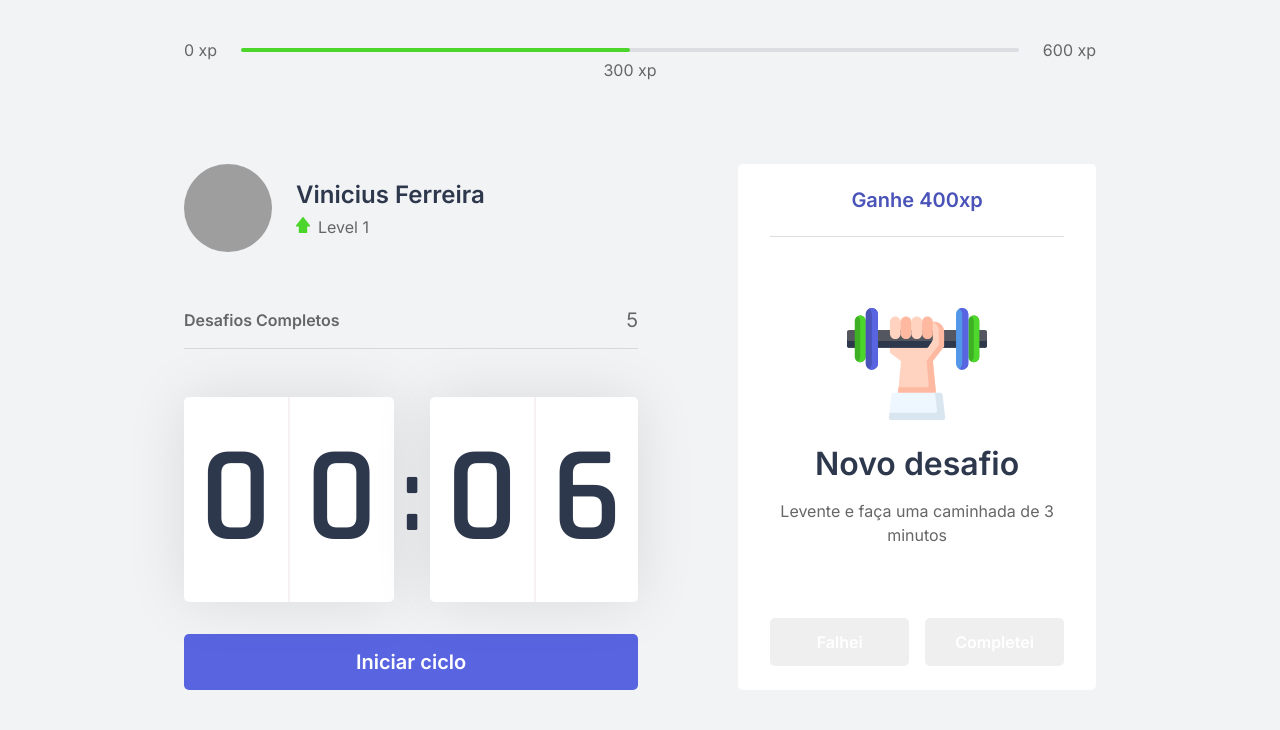
Repository: viniciusfg05/nlwFocus
Page: /
The author's editor kept a copy of each file at every save. The page is drawn from the files as they stood at one save, then again after the next save.
The browser window is 1280 px wide. The pictures show the whole page.
Pictures or frames that could not be fetched are drawn as grey boxes. The project was rebuilt for these pictures with package versions that can differ from the ones it lists, and the page was loaded fresh each time. The framework's server and built-in components were replaced by stand-ins that run in the browser.

Above is the page before, as saved 2022-02-28 14:06:16.

After the next save:
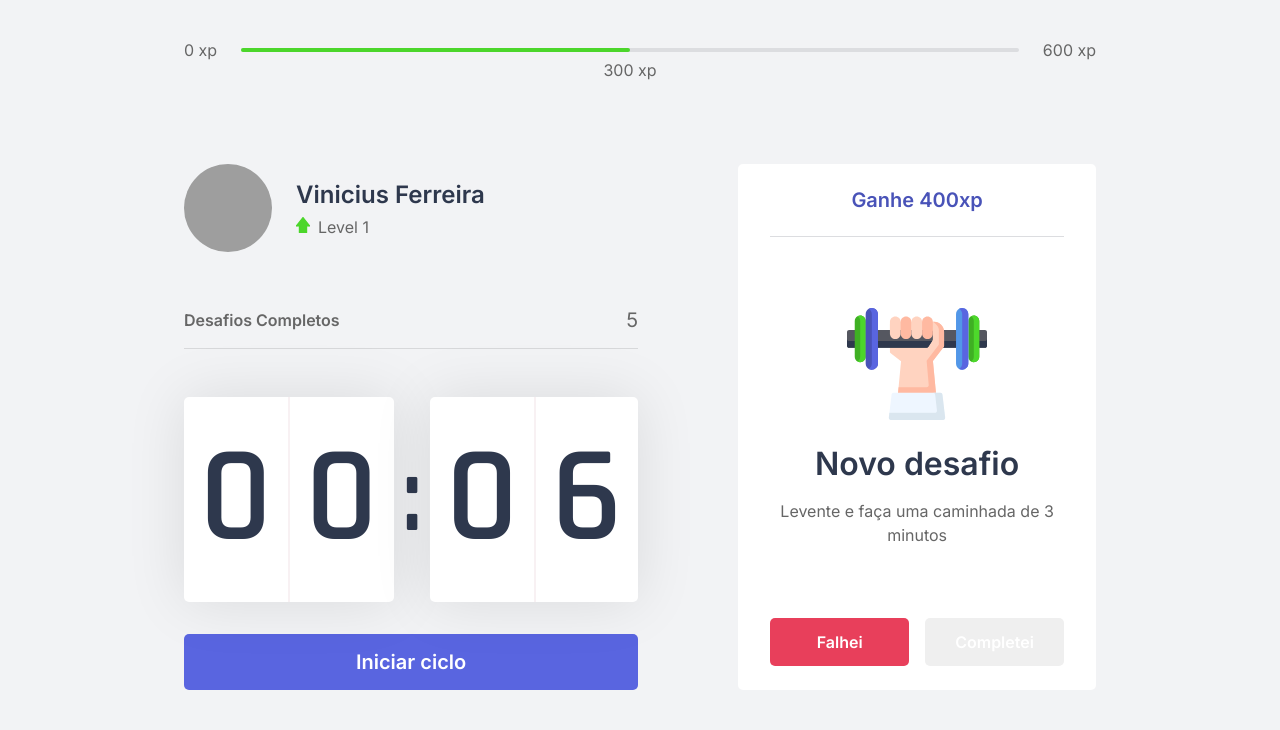
Saved 17 s later.
--- a/src/styles/components/ChallegesBox.module.css
+++ b/src/styles/components/ChallegesBox.module.css
@@ -89,4 +89,6 @@
   font-weight: 600;
 }
 
-.ChallegesBoxActive footer button.ChallegesFailedButton;
+.ChallegesBoxActive footer button.ChallegesFailedButton {
+  background-color: var(--red);
+}
